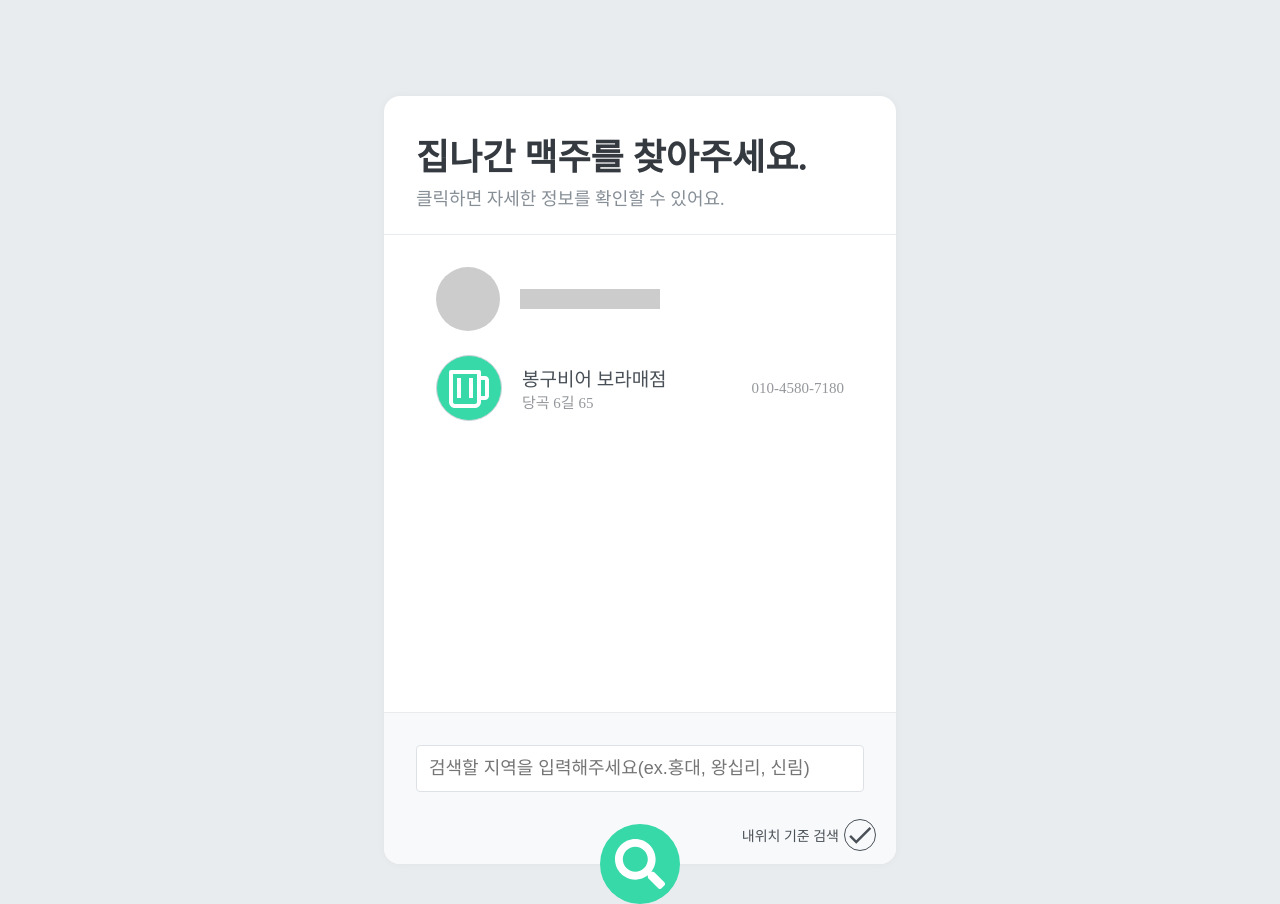
Repository: THE-SOPT-WEB/kimNamjun
Page: / (app in week4/bring-my-beer/)
These files come from the project's save history. The page is drawn as it stood at one moment and after the next save; the edit follows.
The browser window is 1280 px wide. The pictures show the whole page.
The project was rebuilt for these pictures with package versions that can differ from the ones it lists, and the page was loaded fresh each time.

Above is the page before, as saved 2022-05-13 03:30:44.

After the next save:
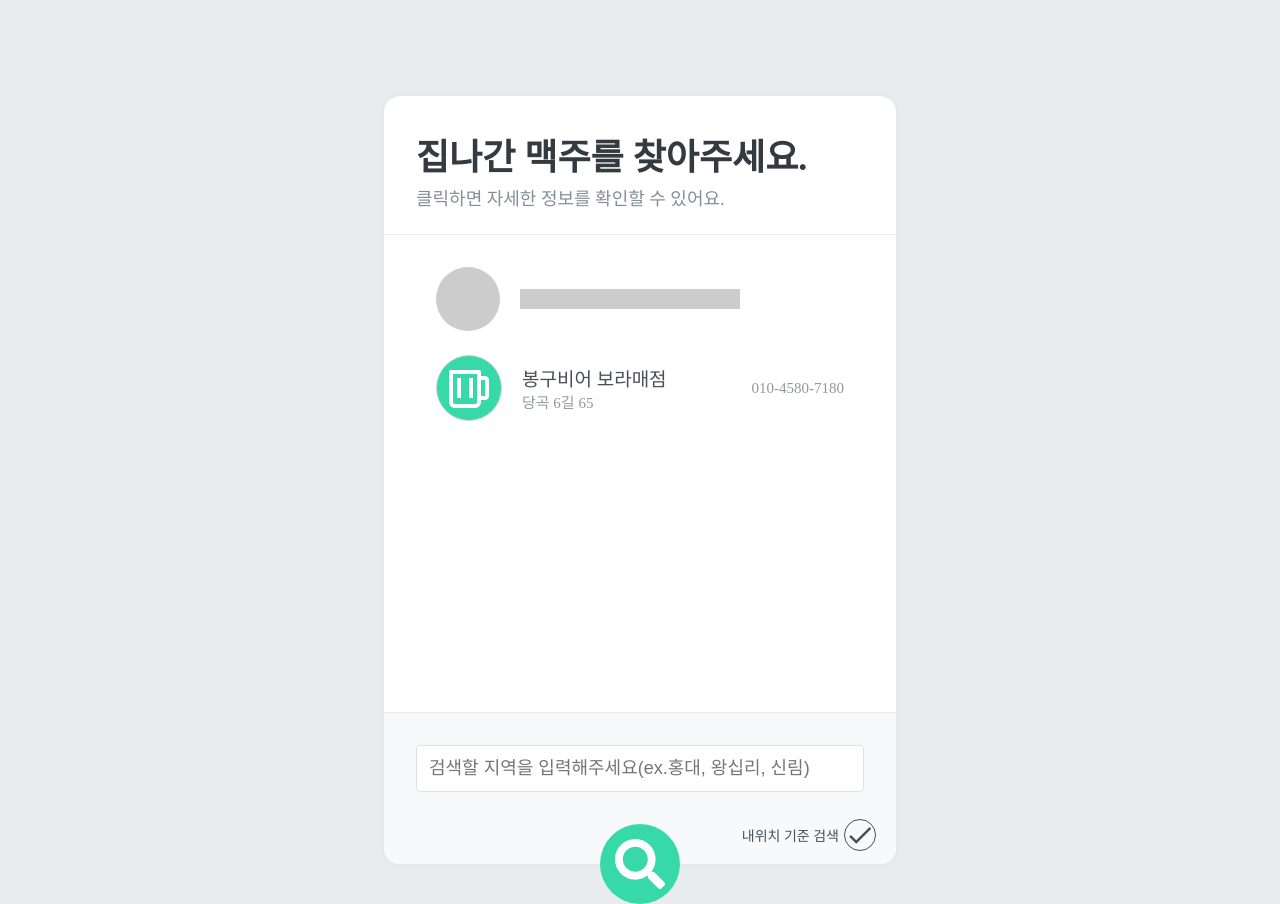
Saved 7 s later.
--- a/week4/bring-my-beer/src/components/SkeletonItem.jsx
+++ b/week4/bring-my-beer/src/components/SkeletonItem.jsx
@@ -16,13 +16,13 @@ const Icon = styled.div`
 `;
 
 const Title = styled.div`
-  width: 20px;
+  width: 100px;
   height:20px;
   background-color: #ccc;
 `;
 
 const Adress = styled.div`
-  width: 120px;
+  width: 10px;
   height:20px;
   background-color: #ccc;
 `
